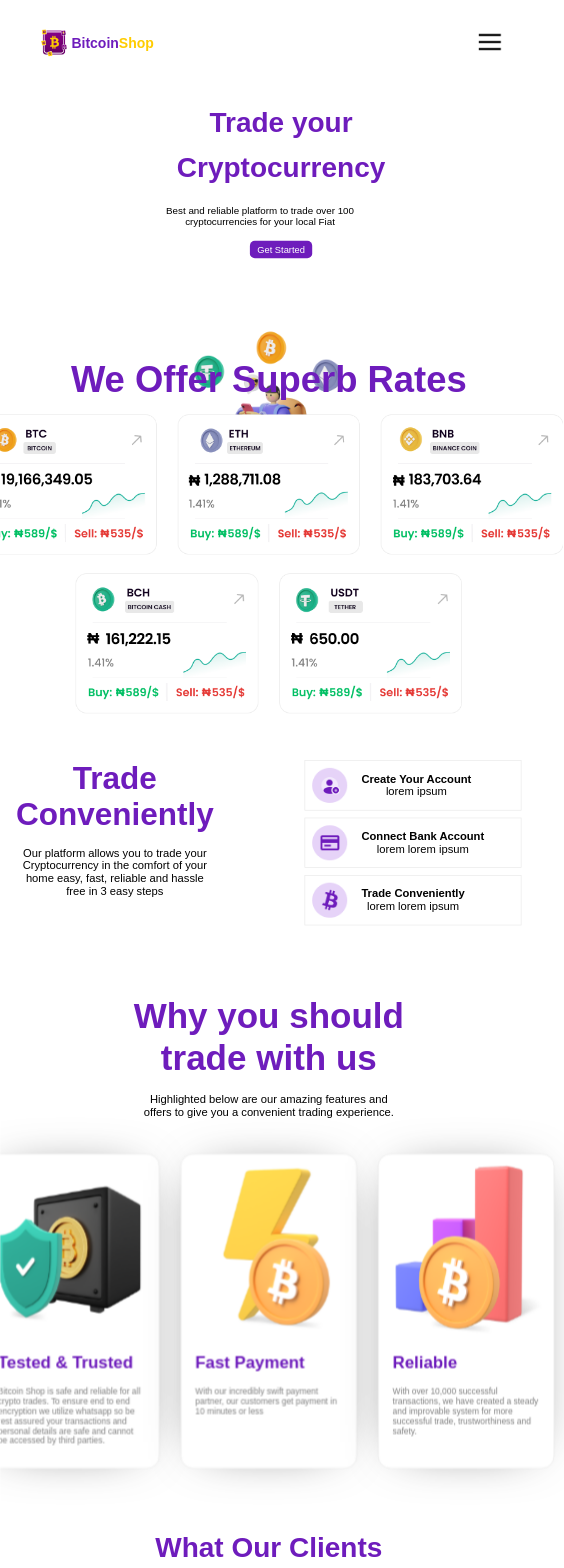
Repository: akinmiday/bitcoinshop-website
Page: /
An editor plug-in stored every save of this project. The page is shown before and after the next save, followed by the edit.
The browser window is 768 px wide. The page is 805 px wide, so the pictures cover 805 px, including what lies to the right of the window. The pictures show the part of the page from y = 0 to 2240 px (the page is 3084 px tall), at 70% of full size.
The project was rebuilt for these pictures with package versions that can differ from the ones it lists, and the page was loaded fresh each time. Also part of the build but not shown: vite.config.js.

Above is the page before, as saved 2023-07-12 06:15:39.

After the next save:
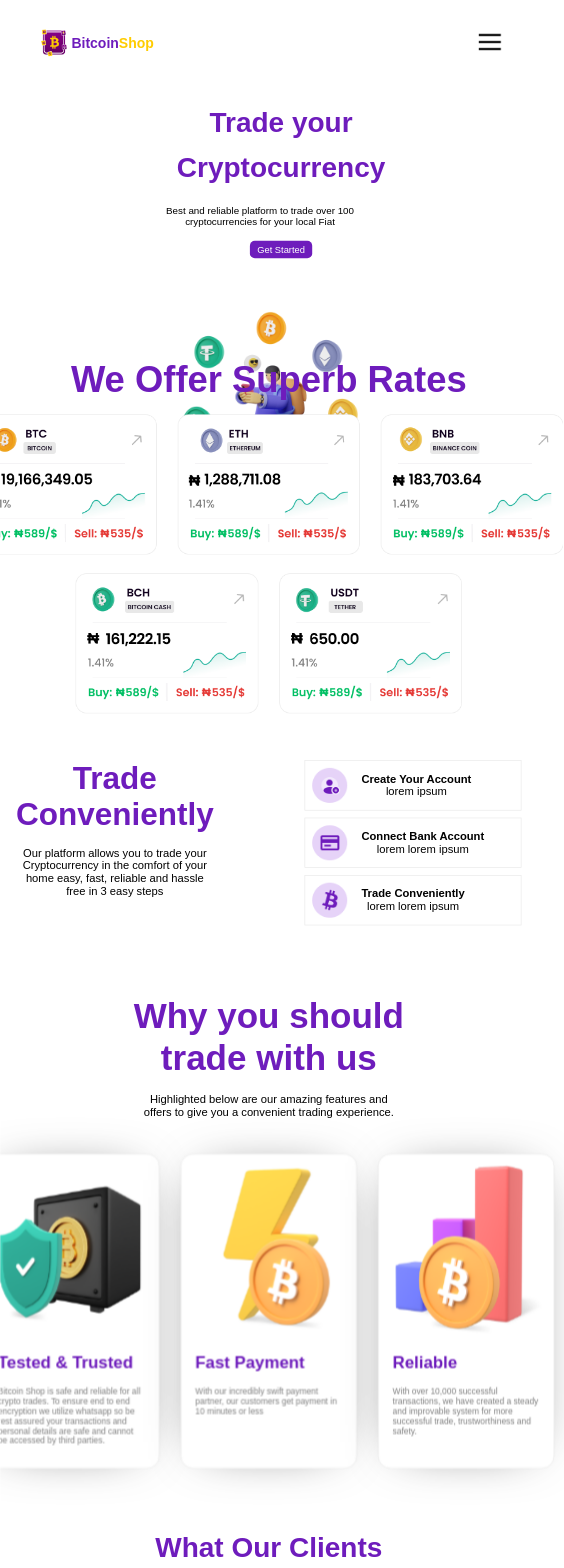
Saved 5 s later.
--- a/src/index.css
+++ b/src/index.css
@@ -431,8 +431,8 @@
   display: flex;
   padding: 30px;
   justify-content: center;
-  padding-top: -20px;
-}
-
-
-}
+  padding-top: 2px;
+}
+
+
+}
